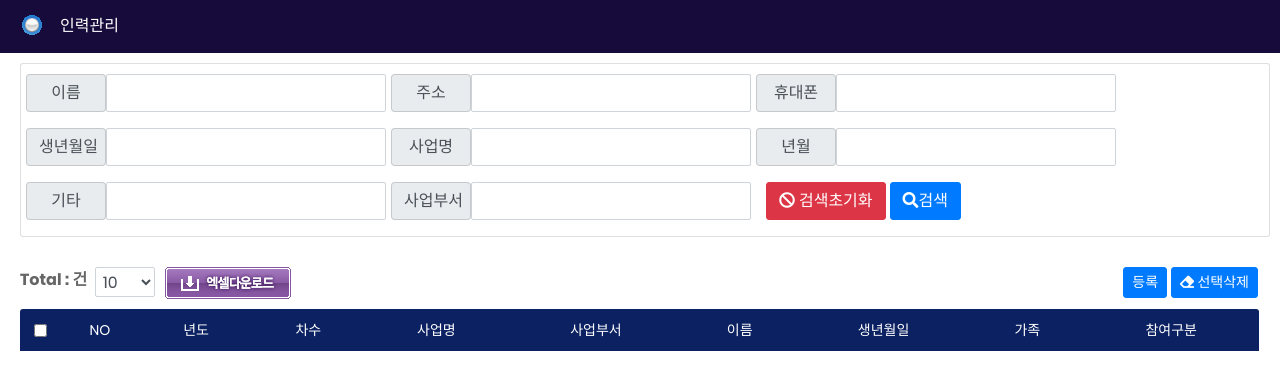
Repository: kimnamgu/GangNamGu
Page: http://localhost/manpower/WEB-INF/jsp/manage/workerMng.jsp
These files come from the project's save history. The page is drawn as it stood at one moment and after the next save; the edit follows.
The browser window is 1280 px wide. The pictures show the whole page.
The page is served by Tomcat 9. Nobody is signed in. The template is opened directly, without the code that normally fills it, so the values that code supplies are empty.

Above is the page before, as saved 2020-11-04 03:57:49.
Console error: TypeError: Cannot read properties of undefined (reading 'replace')

After the next save:
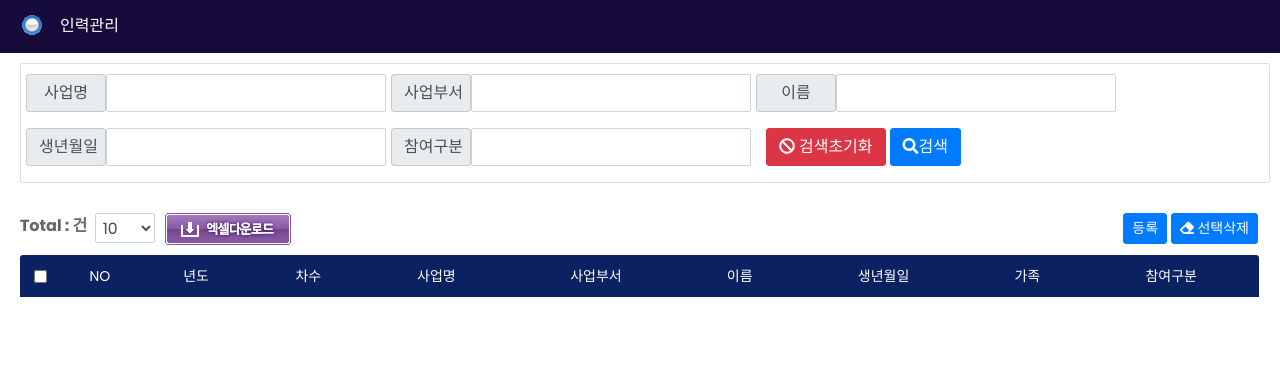
Saved 2 min 31 s later.
--- a/manpower/src/main/webapp/WEB-INF/jsp/manage/workerMng.jsp
+++ b/manpower/src/main/webapp/WEB-INF/jsp/manage/workerMng.jsp
@@ -334,21 +334,21 @@
 				<div>
 					<div class="form-group" style="width: 360;float:left;margin-left:5px;">
 						<div class="input-group">
-							<div class="input-group-addon" style="width: 80px;">이름</div>
+							<div class="input-group-addon" style="width: 80px;">사업명</div>
 							<input type="text" id="NAME" name="NAME" value="" class="form-control">
 						</div>
 					</div>
 
 					<div class="form-group" style="width: 360;float:left;margin-left:5px;">
 						<div class="input-group">
-							<div class="input-group-addon" style="width: 80px;">주소</div>
+							<div class="input-group-addon" style="width: 80px;">사업부서</div>
 							<input type="text" id="NAME" name="NAME" value="" class="form-control">
 						</div>
 					</div>
 
 					<div class="form-group" style="width: 360;float:left;margin-left:5px;">
 						<div class="input-group">
-							<div class="input-group-addon" style="width: 80px;">휴대폰</div>
+							<div class="input-group-addon" style="width: 80px;">이름</div>
 							<input type="text" id="NAME" name="NAME" value="" class="form-control">
 						</div>
 					</div>
@@ -362,28 +362,7 @@
 
 					<div class="form-group" style="width: 360;float:left;margin-left:5px;">
 						<div class="input-group">
-							<div class="input-group-addon" style="width: 80px;">사업명</div>
-							<input type="text" id="NAME" name="NAME" value="" class="form-control">
-						</div>
-					</div>
-
-					<div class="form-group" style="width: 360;float:left;margin-left:5px;">
-						<div class="input-group">
-							<div class="input-group-addon" style="width: 80px;">년월</div>
-							<input type="text" id="NAME" name="NAME" value="" class="form-control">
-						</div>
-					</div>
-
-					<div class="form-group" style="width: 360;float:left;margin-left:5px;">
-						<div class="input-group">
-							<div class="input-group-addon" style="width: 80px;">기타</div>
-							<input type="text" id="NAME" name="NAME" value="" class="form-control">
-						</div>
-					</div>
-
-					<div class="form-group" style="width: 360;float:left;margin-left:5px;">
-						<div class="input-group">
-							<div class="input-group-addon" style="width: 80px;">사업부서</div>
+							<div class="input-group-addon" style="width: 80px;">참여구분</div>
 							<input type="text" id="NAME" name="NAME" value="" class="form-control">
 						</div>
 					</div>
